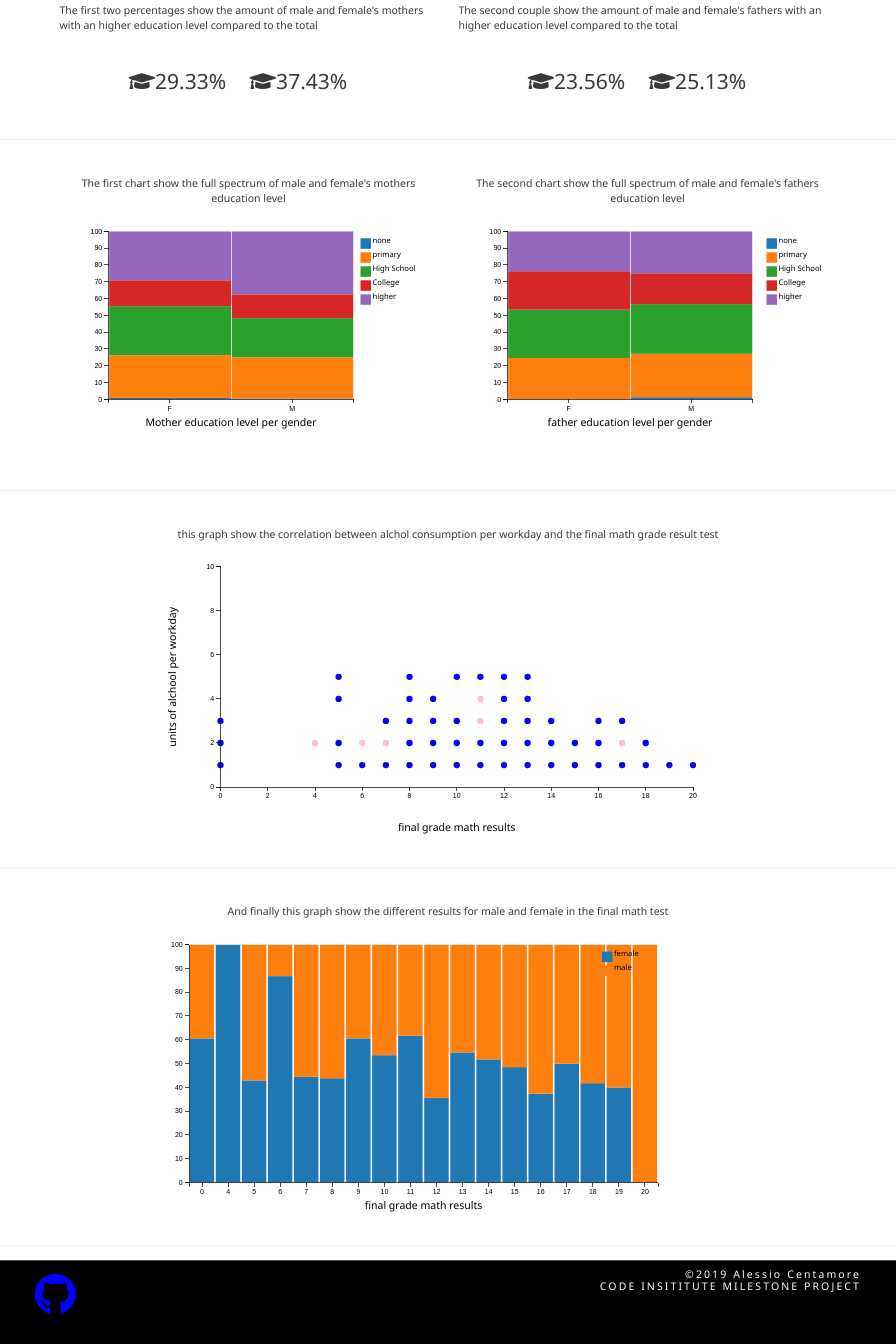
Repository: Baal89/second-milestone-project
Page: index.html
The author's editor kept a record of every edit. The page is drawn from the files as they stood at one moment, then again after the next edit.
The browser window is 1280 px wide. The pictures show the part of the page from y = 1019 to 2939 px (the page is 2939 px tall), at 70% of full size.
Some web libraries are served in a nearby version.

Above is the page before.

After the next edit:
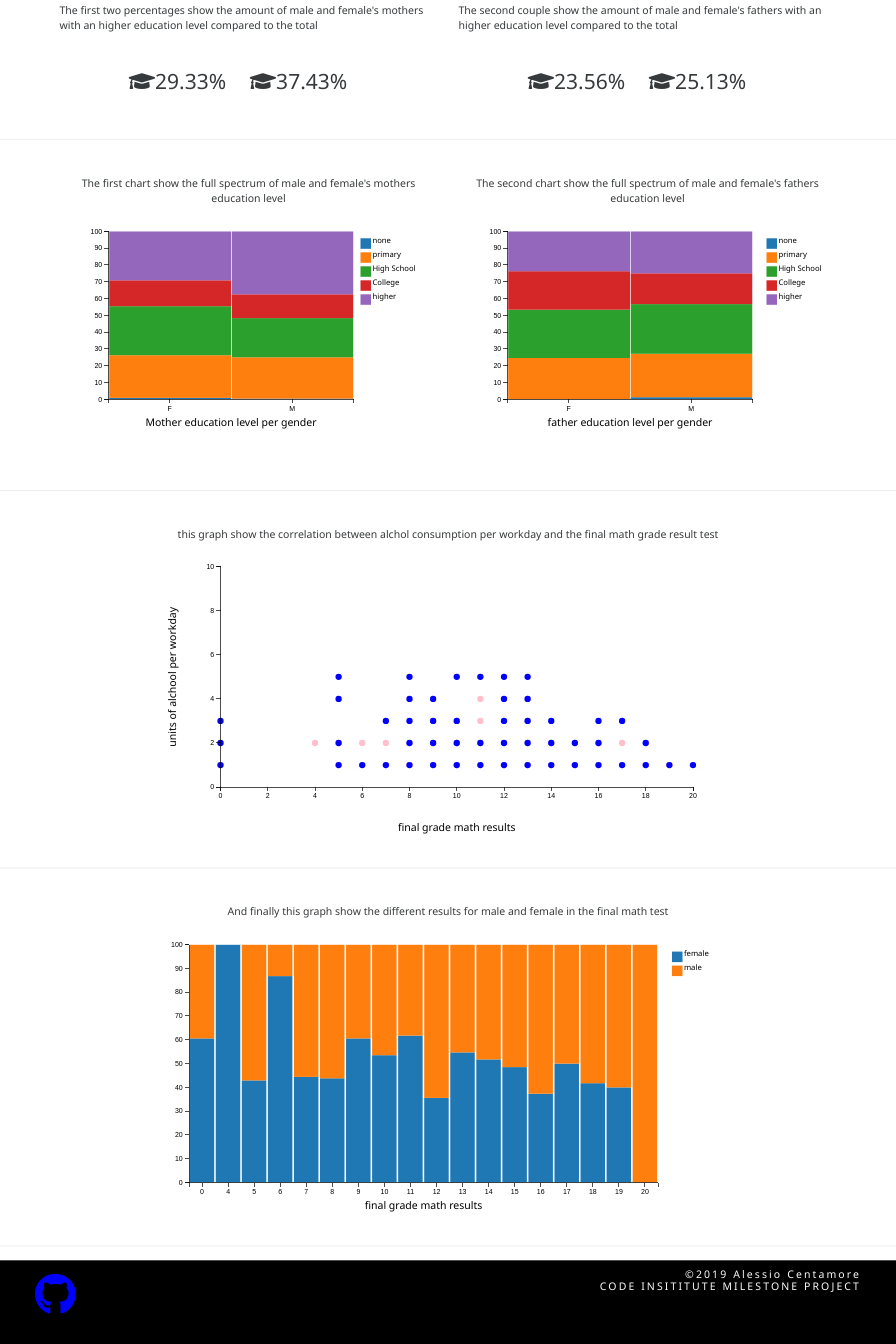
The edit:
--- a/static/js/graph.js
+++ b/static/js/graph.js
@@ -342,6 +342,6 @@ function show_student_performance(ndx) {
         .x(d3.scale.ordinal())
         .xUnits(dc.units.ordinal)
         .xAxisLabel("final grade math results")
-        .legend(dc.legend().x(620).y(20).itemHeight(15).gap(5))
+        .legend(dc.legend().x(720).y(20).itemHeight(15).gap(5))
         .margins({ top: 10, right: 100, bottom: 50, left: 30 });
 }
